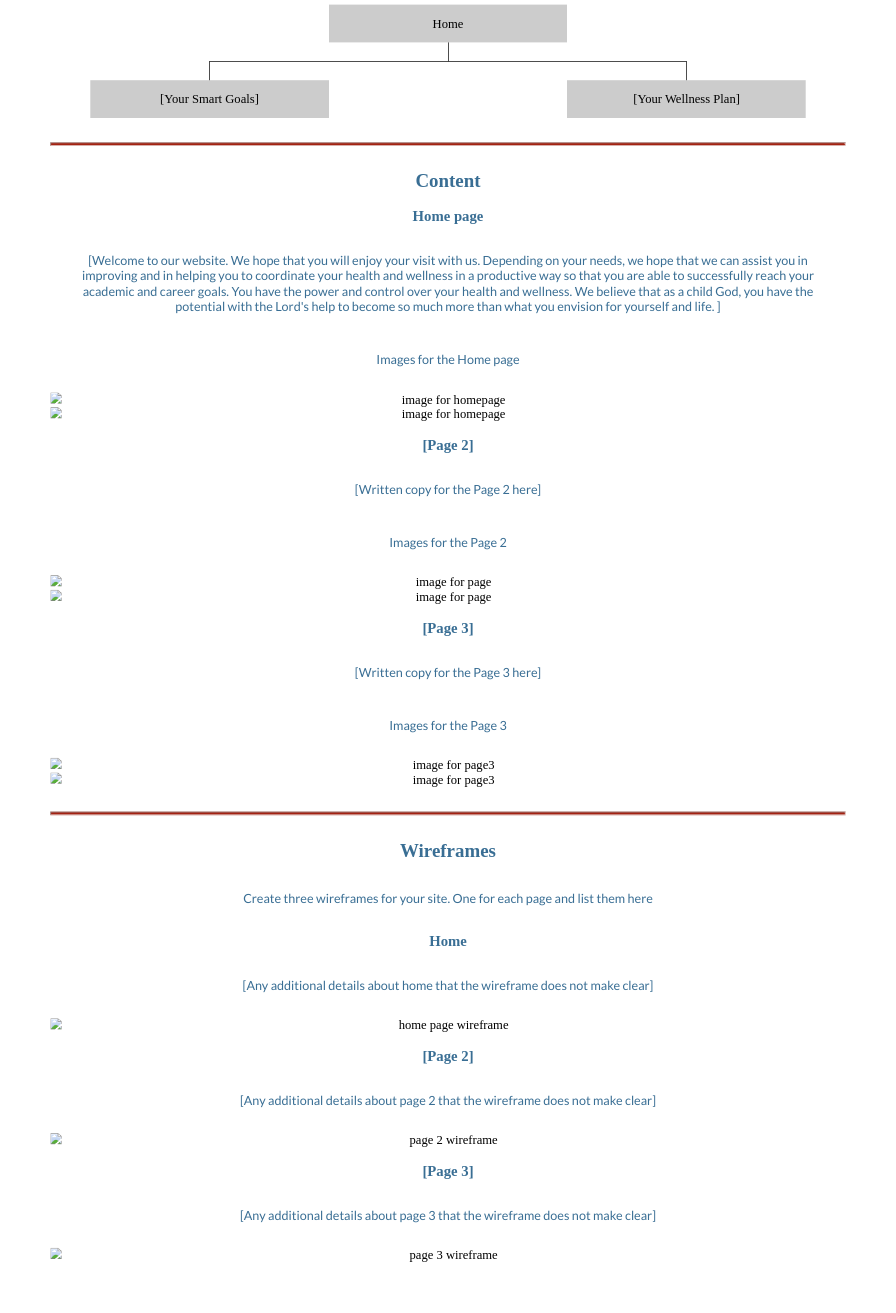
Repository: mszakutumela/wdd130
Page: wellness_plan/site-plan.html
The author's editor kept a copy of each file at every save. The page is drawn from the files as they stood at one save, then again after the next save.
The browser window is 1280 px wide. The pictures show the part of the page from y = 2451 to 4371 px (the page is 4327 px tall before and 4371 px after), at 70% of full size.
Some web fonts or font styles are not loaded; a fallback is used.

Above is the page before, as saved 2023-07-14 22:34:19.

### wellness_plan/site-plan.html

<!DOCTYPE html>
<html lang="en-us">

  <head>
    <meta charset="utf-8">
    <title>Site Plan</title>
    <link type="text/css" rel="stylesheet" href="styles/site-plan.css">
  </head>

  <body>
    <header>
      <h1>[Wellness Plan] Site Plan</h1>
      <h2>Ayanda Ndlovu</h2>
      <h2>WDD 130-[W07-W08]</h2>
      <!-- In the header above, add the name or your site, your name and class number. For example if you are in section 3 you would put WDD 130.03 -->
    </header>
    <main>

      <!-- ------------------------Steps 2-3------------------------------ -->
      <hr>
      <h2>Overview</h2>
      <h3>Purpose</h3>
      <p>[The purpose of this website is to educate BYU Pathway World Wide online students around the world about a "Wellness Plan". For them <br>
        to know what it is and how it can help them. We know that furthering one's studies is not easy and it can <br>
        be very challenging. We are here help you create your own Wellness Plan for your academic and career success.]</p>  <!-- change this -->


      <h3>Audience</h3>
      <p>[BYU Pathway World Wide online students around the world who are studying to get a qualification for their chosen career path.]</p>  <!-- change this -->

      <hr>
      <h2>Branding</h2>
      <h3>Website Logo</h3>
      <!-- Replace this with some sort of logo for your site.  A logo can be as simple as the name of your site in a nice font :) -->
      <img src="images/logo 1.png" alt="Logo image">
      <hr>
      <h2>
        Style Guide
      </h2>

      <!-- ------------------------Steps 4-8------------------------------ -->

      <h3>
        Color Palette
      </h3>
      <!--  The colors you choose for a website are one of the most important decisions you will make. Follow the instructions on the activity in iLearn then return and replace the color codes below with the hex color codes (the 6 digit numbers that show at the bottom of each color) for the colors you have chosen below.  You should have at least 2 colors but do not have to fill in all 4 if you do not need them.  -->

      <!-- Copy and paste the URL to your finished palette below Make sure to paste it into both spots -->
      Palette URL: <a href="https://coolors.co/396e94-e7c24f-a43312-381d2a-aabd8c" target="_blank">https://coolors.co/396e94-e7c24f-a43312-381d2a-aabd8c</a>


      <table class="colors">
        <tr><th>Primary</th><th>Secondary</th><th>Accent 1</th><th>Accent 2</th></tr>
        <!-- Replace the numbers in the boxes below with your hex color codes. Then switch to the site-plan.css file and change your colors there as well. -->
        <tr><td class="primary">[#327570]</td><td class="secondary">[#b4f7f1]</td><td class="accent1">[#69f5ea]</td><td class="accent2">[#53c2b0]</td></tr>
      </table>

      <!-- ------------------------Step 9------------------------------ -->

      <h3>
        Typography
      </h3>
      <!-- Choose a font for your paragraphs (body copy) and headlines. What font(s) have you chosen? Why did you choose what you did?  Make sure to review the list of web safe fonts at W3Schools.org as a starting point.  Think also about which of your colors above you might use for background and font colors. -->

      <h4>
        Heading Font: [Arial]  <!-- change this -->
      </h4>
      <h4>
        Paragraph Font: [Tahoma]  <!-- change this -->
      </h4>
      <h3>
        Normal paragraph example
      </h3>
      <p>
        Lorem ipsum dolor sit amet, consectetur adipiscing elit, sed do eiusmod tempor incididunt ut labore et dolore magna aliqua. Ut enim ad minim veniam, quis nostrud exercitation ullamco laboris nisi ut aliquip ex ea commodo consequat. Duis aute irure dolor in reprehenderit in voluptate velit esse cillum dolore eu fugiat nulla pariatur. Excepteur sint occaecat cupidatat non proident, sunt in culpa qui officia deserunt mollit anim id est laborum.
      </p>
      <h3>
        Colored paragraph example
      </h3>
      <p class="colored">
        Lorem ipsum dolor sit amet, consectetur adipiscing elit, sed do eiusmod tempor incididunt ut labore et dolore magna aliqua. Ut enim ad minim veniam, quis nostrud exercitation ullamco laboris nisi ut aliquip ex ea commodo consequat.
      </p>

      <!-- ------------------------Step 10------------------------------ -->

      <h3>
        Navigation
      </h3>
      <!-- Think about how you want your navigation bar to look. In the site-plan.css file change the colors to your colors to get the look you desire. -->
      <nav>
        <a href="#">Home</a>
        <a href="#">Your Smart Goals </a>
        <a href="#">Your Wellness Plan</a>
      </nav>
      <hr>
      <h2>
        Site Map
      </h2>
      <div class="sitemap">
        <div class="sm-home">
          Home
        </div>
        <div class="sm-page2">
          [Your Smart Goals] <!-- change this -->
        </div>
        <div class="sm-page3">
          [Your Wellness Plan]  <!-- change this -->
        </div>

        <div class="top">
          &nbsp;
        </div>
        <div class="left">
          &nbsp;
        </div>
        <div class="right">
          &nbsp;
        </div>

      </div>

      <!-- --------Content Section -------------- -->
      <hr>
      <h2>
        Content
      </h2>
      <h3>Home page</h3>
      <p>
        [Welcome to our website. We hope that you will enjoy your visit with us.
        Depending on your needs, we hope that we can assist you in improving and
        in helping you to coordinate your health and wellness in a productive way
        so that you are able to successfully reach your academic and career goals.
        You have the power and control over your health and wellness. We believe
        that as a child God, you have the potential with the Lord's help to become
        so much more than what you envision for yourself and life.
        ]
      </p>
      <p>Images for the Home page</p>
        <img src="#" alt="image for homepage">
        <img src="#" alt="image for homepage">

      </ul>
      <h3>[Page 2]</h3>
      <p>
        [Written copy for the Page 2 here]
      </p>
      <p>Images for the Page 2</p>
        <img src="#" alt="image for page">
        <img src="#" alt="image for page">

      </ul>
      <h3>[Page 3]</h3>
      <p>
        [Written copy for the Page 3 here]
      </p>
      <p>Images for the Page 3</p>
        <img src="#" alt="image for page3">
        <img src="#" alt="image for page3">

      </ul>
      <hr>
      <h2>
        Wireframes
      </h2>
      <p>
        Create three wireframes for your site. One for each page and list them here</p>

      <h3>Home</h3>
      <p>
        [Any additional details about home that the wireframe does not make clear]
      </p>
      <img src="#" alt="home page wireframe">

      <h3>[Page 2]</h3>
      <p>
        [Any additional details about page 2 that the wireframe does not make clear]
      </p>
      <img src="#" alt="page 2 wireframe">

      <h3>[Page 3]</h3>
      <p>
        [Any additional details about page 3 that the wireframe does not make clear]
      </p>
      <img src="#" alt="page 3 wireframe">
    </main>
  </body>

</html>

### wellness_plan/styles/site-plan.css
/* if you are using any Google fonts change the font names below to your fonts.
Any spaces in your font name should be replaced with a +.
Fonts are separated by a | */
@import url('https://fonts.googleapis.com/css?family=IM+Fell+French+Canon+SC|Lato');

:root {
  /* change the values below to your colors from your palette */
  --primary-color: #396E94   ;
  --secondary-color: #E7C24F ;
  --accent1-color: #A42212;
  --accent2-color: white;

  /* change the values below to your chosen font(s) */
  --heading-font: "IM Fell French Canon SC";
  --paragraph-font: Lato, Helvetica, sans-serif;

  /* these colors below should be chosen from among your palette colors above */
  --headline-color-on-white: #396E94;  /* headlines on a white background */
  --headline-color-on-color: white; /* headlines on a colored background */
  --paragraph-color-on-white: #396E94; /* paragraph text on a white background */
  --paragraph-color-on-color: white; /* paragraph text on a colored background */
  --paragraph-background-color: #396E94  ;
  --nav-link-color: #396E94;
  --nav-background-color: #D4AC0D;
  --nav-hover-link-color: white;
  --nav-hover-background-color: #396E94;
}


/*  Look around below...but DON'T CHANGE ANYTHING! */

body {
  max-width: 1200px;
  margin: 0 auto;
  padding: 4em;
  font-size: 18px;
  text-align: center;
}
img {
  display: block;
  margin: 0 auto;
}
h1, h2, h3, h4, h5, h6 {
  font-family: var(--heading-font);
  color: var(--headline-color-on-white);
}
h2 {
  text-align: center;
}
hr {
  height: 3px;
  margin: 35px 0;
  background: var(--accent1-color);
}
header {
  padding: 1em;
  text-align: center;
  color: var(--headline-color-on-color);
  background-color: var(--paragraph-background-color);
}
header > h1, header > h2 {
  color: var(--headline-color-on-color);
}

p {
  font-family: var(--paragraph-font);
  color: var(--paragraph-color-on-white);
  padding: 1em;
}
.colors {
  width: 100%;
  min-width: 350px;
  margin: 30px auto;
  text-align: center;
}
.colors th {
  background-color: #999;
}
.colors td{
  width: 25%;
  height: 3em;
}

.primary {
  background-color: #327570;
}
.secondary {
  background-color: #b4f7f1;
}
.accent1 {
  background-color: #69f5ea;
}
.accent2{
  background-color: var(#53c2b9);
}

p.colored {
  background-color: var(--paragraph-background-color);
  color: var(--paragraph-color-on-color);
}

nav {
  background-color: var(--nav-background-color);
  line-height: 3em;
  text-align: center;
  font-size: 1.2em;
}
nav  {
  list-style-type: none;
  display: flex;

}
nav a {
  padding:1em;
  min-width: 120px;
  text-decoration: none;
  padding: 10px;

}
nav a:link, nav a:visited {
  color: var(--nav-link-color);
}
nav a:hover {
  color: var(--nav-hover-link-color);
  background-color: var(--nav-hover-background-color);
}

.sitemap {
  display: grid;
  justify-content: center;

  grid-template-columns: repeat(6, 15%);
  grid-template-rows: 3em 1.5em 1.5em 3em;
  grid-template-areas: ". . home home . ."
    ". . . top . ."
    ". left left right right ."
    "page2 page2 . . page3 page3";
}
.sitemap > div {

  text-align: center;

}
.sm-home {
  grid-area: home;
  background-color: #ccc;
  line-height: 3em;
}
.sm-page2 {
  grid-area: page2;
  background-color: #ccc;
  line-height: 3em;
}
.sm-page3 {
  grid-area: page3;
  background-color: #ccc;
  line-height: 3em;
}

.top {
  grid-area: top;
  border-left: 1px solid;
}

.left {
  grid-area: left;
  border-top: 1px solid;
  border-left: 1px solid;
}

.right {
  grid-area: right;
  border-top: 1px solid;
  border-right: 1px solid;
}

After the next save:
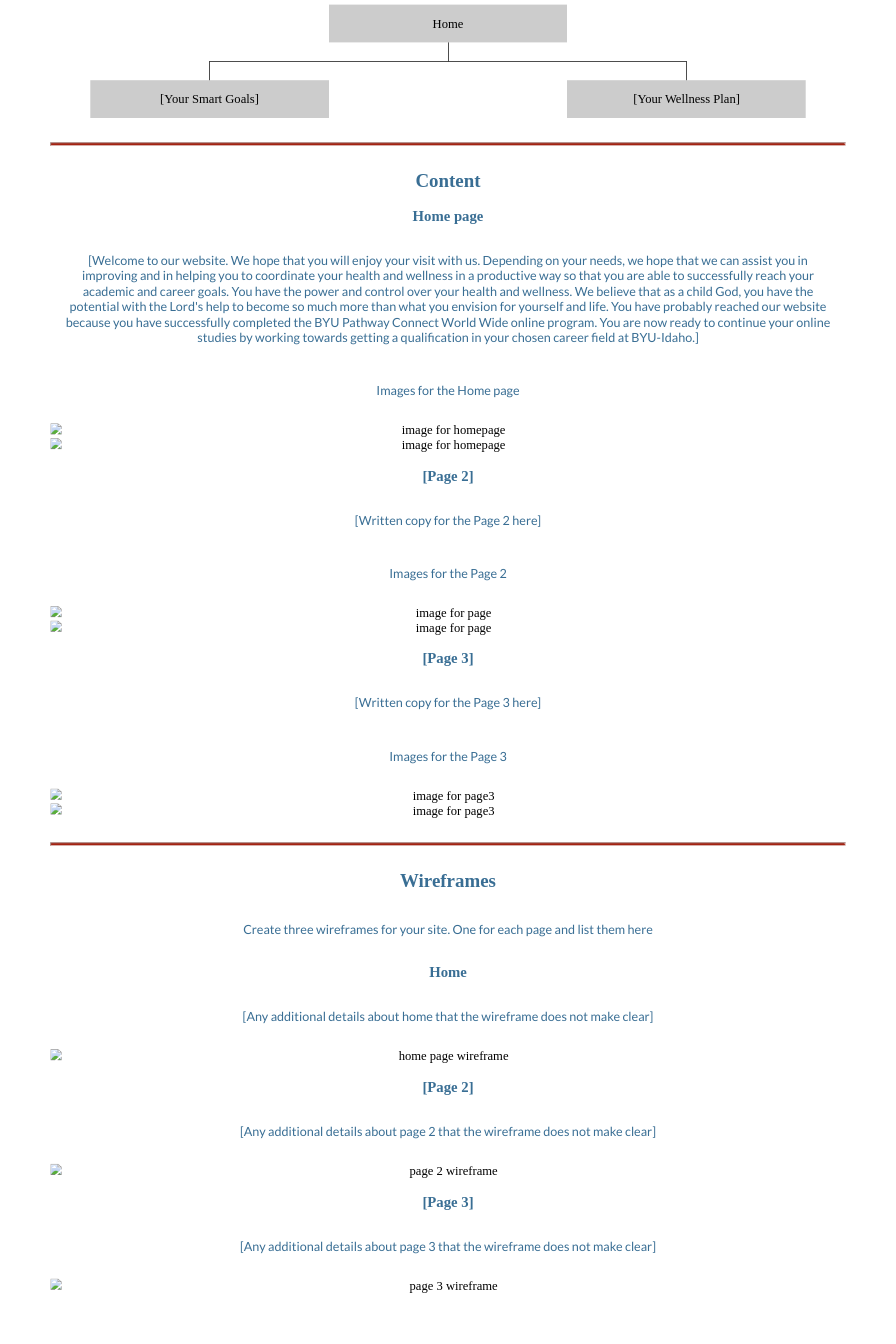
Saved 20 s later.
--- a/wellness_plan/site-plan.html
+++ b/wellness_plan/site-plan.html
@@ -134,7 +134,7 @@
         You have the power and control over your health and wellness. We believe
         that as a child God, you have the potential with the Lord's help to become
         so much more than what you envision for yourself and life.
-        ]
+        You have probably reached our website because you have successfully completed the BYU Pathway Connect World Wide online program. You are now ready to continue your online studies by working towards getting a qualification in your chosen career field at BYU-Idaho.]
       </p>
       <p>Images for the Home page</p>
         <img src="#" alt="image for homepage">
